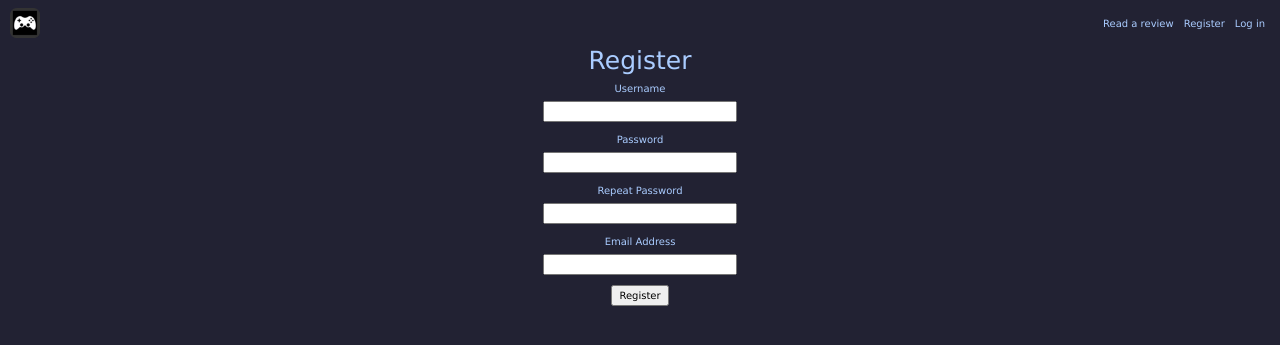
Repository: amit238/milestone-project-3
Page: http://localhost/register
The author's editor kept a record of every edit. The page is drawn from the files as they stood at one moment, then again after the next edit.
The browser window is 1280 px wide. The pictures show the whole page.
Some web libraries are served in a nearby version. The page is served by the project's application, run on Flask 3 (app.py).

Above is the page before.

After the next edit:
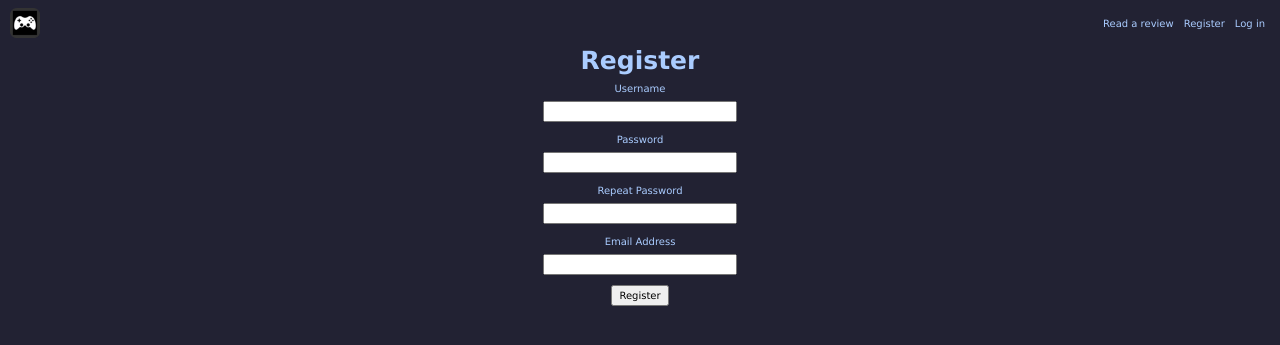
The edit:
--- a/templates/register.html
+++ b/templates/register.html
@@ -1,7 +1,7 @@
 {% extends "base.html" %}
 {% block nav_register %}active{% endblock %}
 {% block content %}
-    <h1 class="color-center">Register</h1>
+    <h1 class="color-center"><strong>Register</strong></h1>
     {% with messages = get_flashed_messages() %}
         {% if messages %}
             <ul>
